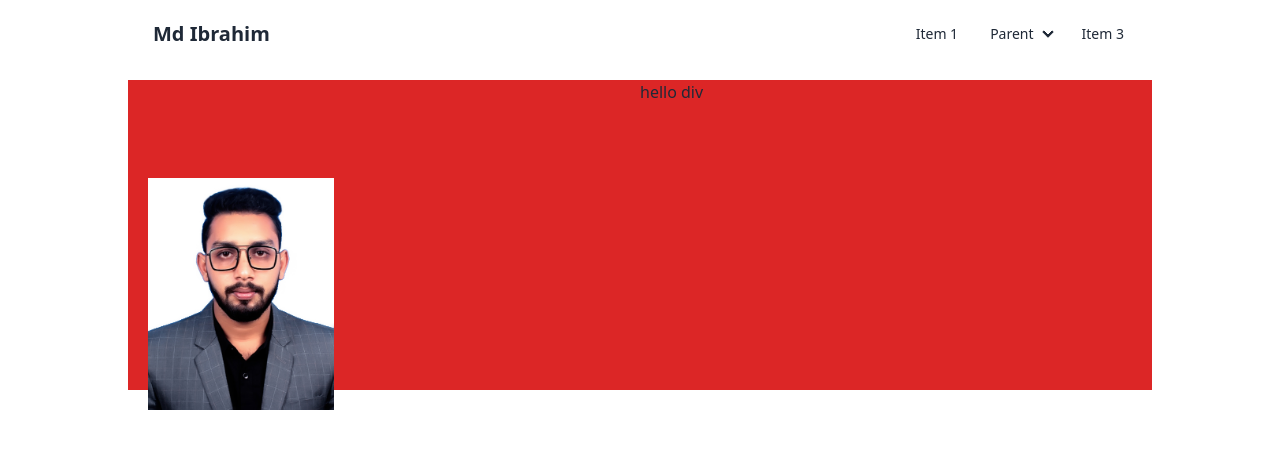
Repository: mdrubel02/portfilo
Page: /
An editor plug-in stored every save of this project. The page is shown before and after the next save, followed by the edit.
The browser window is 1280 px wide. The pictures show the whole page.
The project was rebuilt for these pictures with package versions that can differ from the ones it lists, and the page was loaded fresh each time. Also part of the build but not shown: vite.config.js.

Above is the page before, as saved 2023-06-22 20:35:22.

### src/main.jsx
import React from 'react'
import ReactDOM from 'react-dom/client'
import './index.css'
import { RouterProvider } from 'react-router-dom'
import router from './Layout/routes'



ReactDOM.createRoot(document.getElementById('root')).render(
  <React.StrictMode>
    <div className='max-w-screen-lg mx-auto'>
      <RouterProvider router={router} />
    </div>
  </React.StrictMode>,
)

### src/Layout/routes.jsx
import { createBrowserRouter } from "react-router-dom";
import Main from "./Main";
import Home from "../Pages/Home/Home";


const router = createBrowserRouter([
  {
    path: "/",
    element: <Main />,
    children: [
      { path: '/', element: <Home /> },
      { path: '/home', element: <Home /> }
    ]
  }
]);

export default router;

### src/Layout/Main.jsx
import React from 'react';
import Navbar from '../Shared/Navbar/Navbar';
import { Outlet } from 'react-router-dom';

const Main = () => {
    return (
        <div className=''>
            <Navbar />
            <Outlet />
        </div>
    );
};

export default Main;

### src/Pages/Home/Home.jsx
import React from 'react';
import profile from '../../assets/nayeem.jpg'

const Home = () => {
    return (
        <div className='mt-3 '>
            <div className='h-[310px] bg-red-600 relative'>
                <div className='flex'>
                    <div className='flex-1'>
                        <div class=" h-full">
                            <img className='h-3/4 absolute bottom-[-20px] left-[20px]' src={profile} alt="profile" />
                        </div>
                    </div>

                    <div className='flex-1'><p>hello div</p></div>
                </div>
            </div>
        </div>
    );
};

export default Home;

### src/Shared/Navbar/Navbar.jsx
import React from 'react';

const Navbar = () => {
    return (
        <div className="navbar bg-base-100 ">
            <div className="navbar-start">
            <div className="dropdown ">
                    <label tabIndex={0} className="btn btn-ghost lg:hidden">
                        <svg xmlns="http://www.w3.org/2000/svg" className="h-5 w-5" fill="none" viewBox="0 0 24 24" stroke="currentColor"><path strokeLinecap="round" strokeLinejoin="round" strokeWidth="2" d="M4 6h16M4 12h8m-8 6h16" /></svg>
                    </label>
                    <ul tabIndex={0} className="menu menu-sm dropdown-content mt-3 z-[1] p-2 shadow bg-base-100 rounded-box w-52">
                        <li><a>Item 1</a></li>
                        <li>
                            <a>Parent</a>
                            <ul className="p-2">
                                <li><a>Submenu 1</a></li>
                                <li><a>Submenu 2</a></li>
                            </ul>
                        </li>
                        <li><a>Item 3</a></li>
                    </ul>
                </div>
                <a className="btn btn-ghost normal-case text-xl">Md Ibrahim</a>
            </div>
            <div className="navbar-end hidden lg:flex">
                <ul className="menu menu-horizontal px-1">
                    <li><a>Item 1</a></li>
                    <li tabIndex={0}>
                        <details>
                            <summary>Parent</summary>
                            <ul className="p-2">
                                <li><a>Submenu 1</a></li>
                                <li><a>Submenu 2</a></li>
                            </ul>
                        </details>
                    </li>
                    <li><a>Item 3</a></li>
                </ul>
            </div>


        </div>
    );
};

export default Navbar;

Loaded but not shown: index.html (common file); src/index.css (common file); tailwind.config.js (common file)

After the next save:
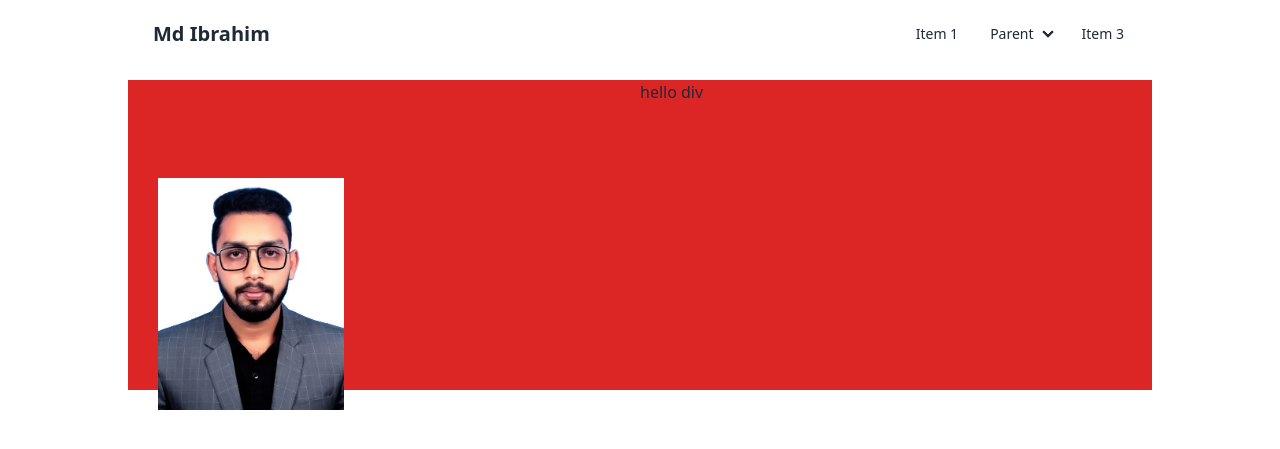
Saved 8 s later.
--- a/src/Pages/Home/Home.jsx
+++ b/src/Pages/Home/Home.jsx
@@ -8,7 +8,7 @@ const Home = () => {
                 <div className='flex'>
                     <div className='flex-1'>
                         <div class=" h-full">
-                            <img className='h-3/4 absolute bottom-[-20px] left-[20px]' src={profile} alt="profile" />
+                            <img className='h-3/4 absolute bottom-[-20px] left-[30px]' src={profile} alt="profile" />
                         </div>
                     </div>
 
